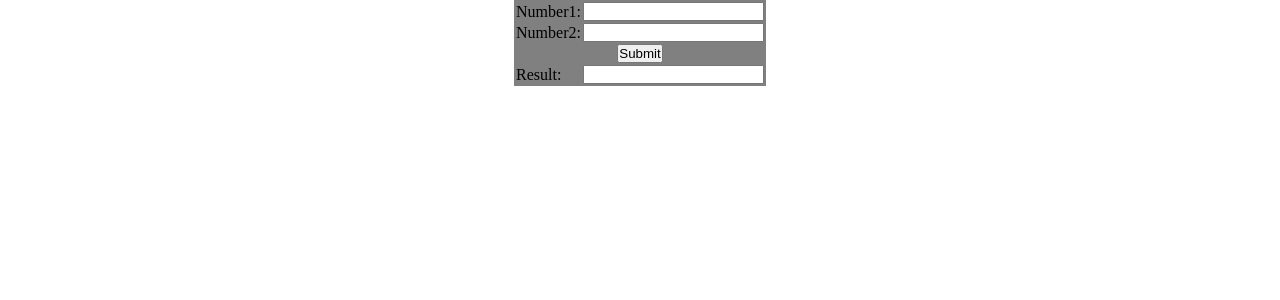
Repository: Nanda-Hari-Reddy/YouTube-Clone
Page: http://localhost/Demo/
An editor plug-in stored every save of this project. The page is shown before and after the next save, followed by the edit.
The browser window is 1280 px wide. The pictures show the whole page.
The page is served by Tomcat 9.

Above is the page before, as saved 2023-11-01 05:41:51.

After the next save:
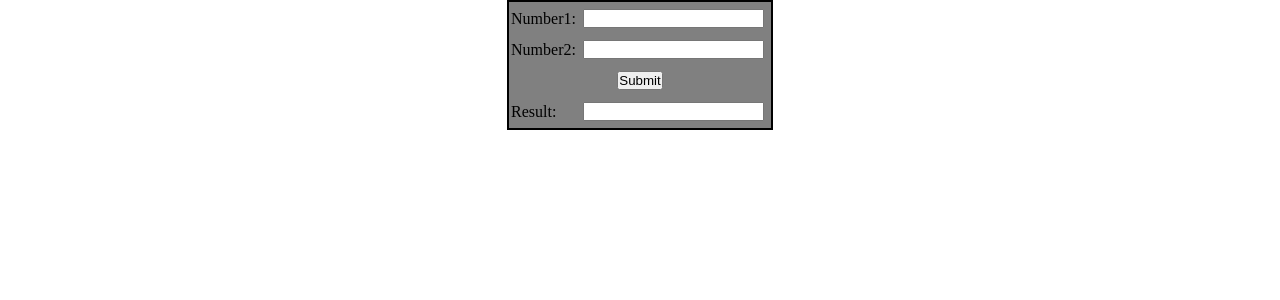
Saved 5 min 17 s later.
--- a/MDB-Free_4.20.0/SERVELETS/Demo/src/main/webapp/index.jsp
+++ b/MDB-Free_4.20.0/SERVELETS/Demo/src/main/webapp/index.jsp
@@ -9,18 +9,18 @@
 		}
 		table
 		{
+			border: 2px solid black;
 			margin-inline:auto;
 			background-color: grey;
 
 		}
-		td
-		{
-			margin: 5px;
-			padding: :1 rem
-		}
+		input
+        {
+            margin: 5px;
+			padding:1 rem
+        }
 	</style>
 <body>
-
 	<form action="add">
 		<table>
 		<tr>
